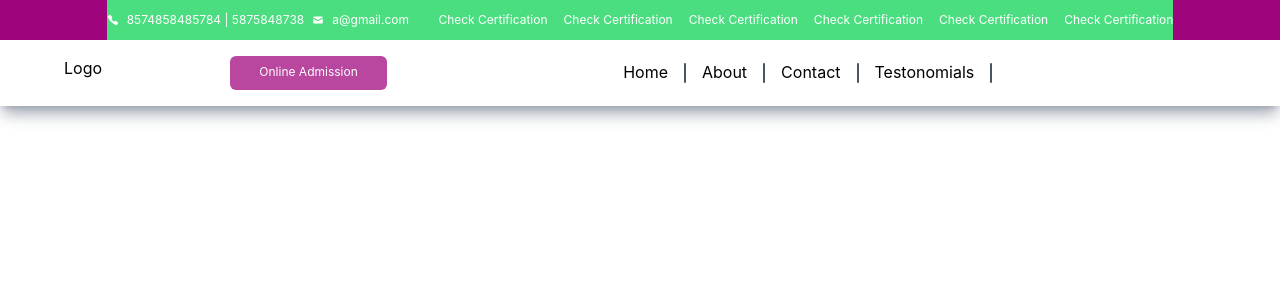
Repository: Sushant203/react-training-
Page: /
An editor plug-in stored every save of this project. The page is shown before and after the next save, followed by the edit.
The browser window is 1280 px wide. The pictures show the whole page.
The project was rebuilt for these pictures with package versions that can differ from the ones it lists, and the page was loaded fresh each time. Also part of the build but not shown: src/App.css, src/components/LowerNav.jsx, src/components/UpperNav.jsx.

Above is the page before, as saved 2022-12-19 10:02:55.

After the next save:
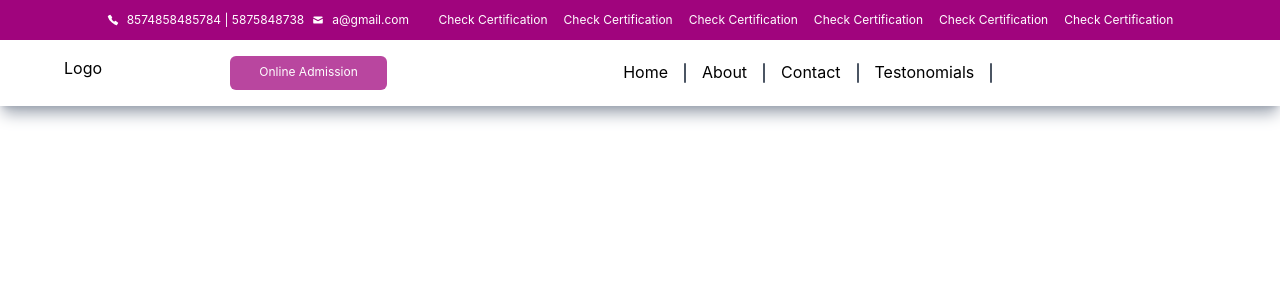
Saved 19 s later.
--- a/src/components/Naviagtion/Toolbar/header.jsx
+++ b/src/components/Naviagtion/Toolbar/header.jsx
@@ -11,7 +11,7 @@ function Header() {
     { title: "check certificate" },
   ];
   return (
-    <div className="py-3 h-fit  md:w-10/12 mx-auto flex flex-col bg-green-400  md:flex-row items-center justify-between  md:text-xs">
+    <div className="py-3 h-fit  md:w-10/12 mx-auto flex flex-col   md:flex-row items-center justify-between  md:text-xs">
       {/* number and email */}
       <div className="flex gap-2  text-white">
         <div className="flex gap-2  items-center">
